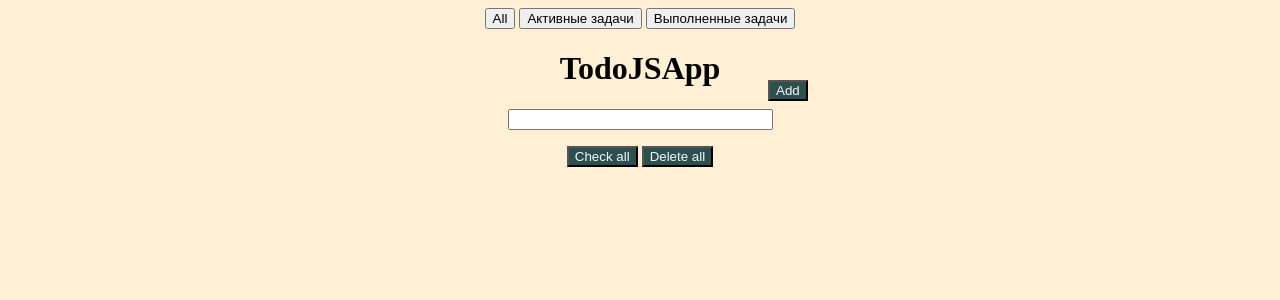
Repository: Follle/Todo
Page: index.html
An editor plug-in stored every save of this project. The page is shown before and after the next save, followed by the edit.
The browser window is 1280 px wide. The pictures show the whole page.

Above is the page before, as saved 2024-03-25 12:00:08.
Console error: TypeError: Cannot read properties of null (reading 'addEventListener')

### index.html
<!DOCTYPE HTML>
<html>
 <head>
  <meta http-equiv="Content-Type" content="text/html; charset=utf-8">
  <title>ToDo</title>
  <script src ="script.js" defer></script>
  <style>
    body{
        background-color: #FFEFD5;

        text-align: center;
    }
  </style>
 </head>
 <body>
  <button onclick="displayTasks('all')">All</button>
  <button onclick="displayTasks('active')">Активные задачи</button>
  <button onclick="displayTasks('completed')">Выполненные задачи</button>

    <h1>TodoJSApp</h1>
    <p style="position: fixed; top:64px; left:60% "><button style = "background:#2F4F4F; color:aliceblue" class="add-btn">Add</button>
    <p style=" top:1"><input maxlength="25" size="30" class="i-1"></p>
    <div class="tasks-list"></div>
    <button style = "background:#2F4F4F; color:aliceblue" class="i-2">Check all</button>
    <button style = "background:#2F4F4F; color:aliceblue" class="i-3">Delete all</button>
  </div>
  <div class="task-list-completed"></div>


 </body>
</html>

### script.js
const btn = document.querySelector('.add-btn');
const inp = document.querySelector('.i-1');
const tasksList= document.querySelector('.tasks-list');
const selectAll = document.querySelector('.i-2');
const cancel = document.querySelector('.i-3');
const showAllCompleted = document.querySelector('.i-4');
const input = document.createElement('input');
const showStatus = document.querySelector('.all');


let tasksArray = [];
let checkAllCount=[];
let notCheckAllCount=0;
let filtrationStatus = 'All';

function addTask () {
    tasksArray.push({
        id: Date.now(),
        text: inp.value,
        isChecked: false,
    });
    render();
}

function render() {// выводит инфу
    switch(filtrationStatus){
        case "All":
            tempArray = tasksArray;
            break;
        case "Completed":
            tempArray = tasksArray.filter((item) => item.isChecked);
            break;
        case "Active":
            tempArray = tasksArray.filter((item) => !item.isChecked);
            break;
    }
    tasksList.innerHTML= "";
    tasksArray.forEach((elem) => tasksList.innerHTML += `<div id="${elem.id}">
    <input type="checkbox" ${elem.isChecked ? 'checked' : ''}><label>${elem.text}</label>
    <button>X</button>`);
    countCheck();
    chooseTaskStatus();
}

function changes(event){//изменения инпута
    const taskId = Number(event.target.parentElement.id);
    if (event.target.tagName === 'BUTTON'){
        const elem = tasksArray.findIndex((elem) => elem.id === taskId)
        tasksArray.splice(elem, 1);
        countCheck();
        render();

    }

    if (event.target.tagName === 'INPUT' && event.target.type === 'checkbox'){//удаляет завершенные
        const elem = tasksArray.findIndex((elem) => elem.id === taskId)
        tasksArray[elem].isChecked = !tasksArray[elem].isChecked;
        if (event.target.tagName === 'Enter') {
        addTask();
    }
        countCheck();
        render();

    }


}
function checkAll(){//делает все чекбоксы сделанными
    tasksArray.forEach((elem)=>elem.isChecked =true);
    render();

}

function checkAndDelete(){// удаляет по одному
   tasksArray = tasksArray.filter((item) => !item.isChecked)
   render();
}

function handleEnter (event) { // сохраняет при нажатии enter
    if (event.code === 'Enter') {
        addTask();
    }
}

function editTask(event){//редактирование существующего
    const taskId = Number(event.target.parentElement.id);
    const temp = event.target;
    if (event.target.tagName === 'LABEL')
    {
        input.value = tasksArray[tasksArray.findIndex((item) => item.id === taskId)].text;
        input.id = taskId;
        temp.replaceWith(input);
        input.focus();
    }

}

function saveInput(event){
    if (event.code === 'Enter') { //сохраняет при нажатии enter
        tasksArray[tasksArray.findIndex((item) => Number(item.id) === Number(input.id))].text = input.value;
        render();
    }

    if (event.code === 'Escape'){//отменяет изменения при нажатии escape
        render();
    }
}

input.onblur = function(event) {// сохранение при блюре
    if (event.sourceCapabilities !== null) {
        tasksArray[tasksArray.findIndex((item) => Number(item.id) === Number(input.id))].text = input.value;
    render();
    }
}

function countCheck(){// считает выбранные и не очень
    checkAllCount = tasksArray.filter((item) => item.isChecked).length;
    notCheckAllCount =tasksArray.length - checkAllCount;
    tasksList.innerHTML += `</div><label>${"  " + "All" + "(" + (checkAllCount+notCheckAllCount) + ")" }</label>`;
    tasksList.innerHTML += `</div><label>${"Active" + "(" + checkAllCount + ")" + "  "}</label>` ;
    tasksList.innerHTML += `</div><label>${"  " + "Completed" + "(" + notCheckAllCount + ")" + "     "}</label>`;

}

function chooseTaskStatus(){
    let tempArray;
    console.log('dde');


}
//function chooseTaskCompleted(event){//оставляет только готовые
    //const tempArray = tasksArray.filter((item) => item.isChecked)
   // render();
//}

// function chooseTaskActive(){
//     tasksArray = tasksArray.filter((item) => !item.isChecked)
//     render();
// }

showStatus.addEventListener('click',chooseTaskStatus);
input.addEventListener('keydown', saveInput);
inp.addEventListener('keydown', handleEnter);
selectAll.addEventListener('click', checkAll);
cancel.addEventListener('click', checkAndDelete);
tasksList.addEventListener('dblclick', editTask);
tasksList.addEventListener('click', changes);
btn.addEventListener('click', addTask);

After the next save:
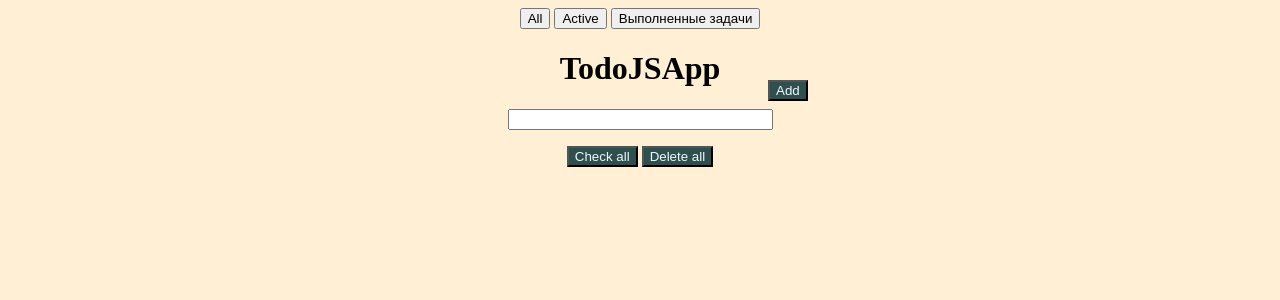
Saved 6 s later.
--- a/index.html
+++ b/index.html
@@ -14,7 +14,7 @@
  </head>
  <body>
   <button onclick="displayTasks('all')">All</button>
-  <button onclick="displayTasks('active')">Активные задачи</button>
+  <button onclick="displayTasks('active')">Active</button>
   <button onclick="displayTasks('completed')">Выполненные задачи</button>
 
     <h1>TodoJSApp</h1>
